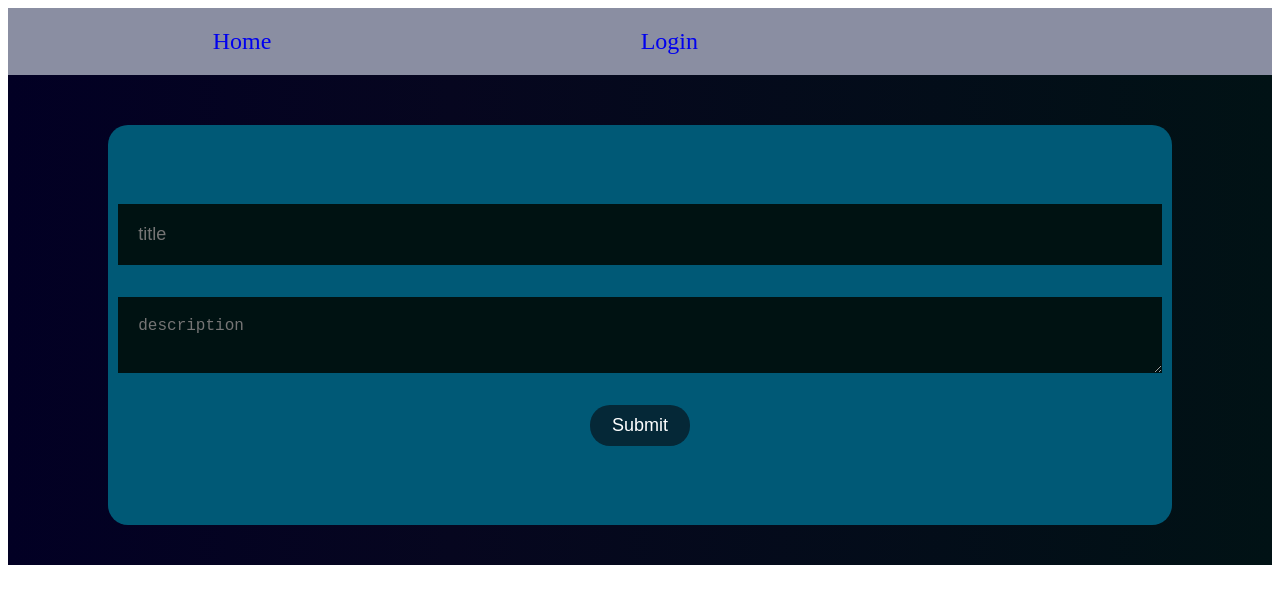
Repository: albinsabu2023/postapp
Page: /createpost
These files come from the project's save history. The page is drawn as it stood at one moment and after the next save; the edit follows.
The browser window is 1280 px wide. The pictures show the whole page.
The project was rebuilt for these pictures with package versions that can differ from the ones it lists, and the page was loaded fresh each time. Also part of the build but not shown: src/Components/main/PostCard.css, src/Components/main/PostCard.tsx, src/Components/main/Home.css, src/Components/main/Home.tsx, src/Components/Login.tsx.

Above is the page before, as saved 2024-02-06 02:53:26.

### src/App.tsx
import  {BrowserRouter as Router,Routes,Route} from "react-router-dom"
import './App.css';
import Home from "./Components/main/Home";
import Login from "./Components/Login";
import Navbar from "./Components/Navbar";
import CreatePosts from "./create-post/CreatePosts";


function App() {
  return (
    <div className="App">
      <Router>
         <Navbar/>
        <Routes>
          <Route path ="/" element={<Home/>}/>
          <Route path="/login" element={<Login/>}/>
          <Route path="/createpost" element={<CreatePosts/>}/>
        </Routes>
      </Router>
    </div>
  );
}

export default App;

### src/App.css
.App{
  background: linear-gradient(90deg, rgba(2, 0, 36, 1) 0%, rgb(6, 6, 31) 35%, rgb(1, 18, 21) 100%);


}

### src/Components/Navbar.tsx

import { Link } from 'react-router-dom'
import  "./Navbar.css"
import {auth } from  "../config/firebase"
import { useAuthState } from 'react-firebase-hooks/auth'
import { signOut } from 'firebase/auth'
function Navbar() {
    const  [user] =useAuthState(auth);
    const signUserOut =async ()=>{
        await signOut(auth);
    }
  return (
    <div className="navContainer">
        <Link to ="/">Home</Link>

        {
            !user ?
            <Link to ="Login">Login</Link> :
            <Link to ="/createpost">CreatePost</Link>
        }
        <div>
            {user&&
            <>
            <p>{user?.displayName}</p>
            <img src={user?.photoURL|| "" } alt="" width="30" height="30"
            />
            <button onClick={signUserOut}>Logout</button>
            </>
            }
        </div>


    </div>
  )
}

export default Navbar

### src/create-post/CreatePosts.tsx
import React from 'react'
import CreateForm from './CreateForm'
import "./CreatePost.css"
function CreatePosts() {



  return (
    <div  className="formContainer">
        <CreateForm />

    </div>
  )
}

export default CreatePosts

### src/config/firebase.ts
// Import the functions you need from the SDKs you need
import { initializeApp } from "firebase/app";
import {getAuth,GoogleAuthProvider} from "firebase/auth"
// Your web app's Firebase configuration
import {getFirestore} from "firebase/firestore"
const firebaseConfig = {
  apiKey: "AIzaSyAXzQPkCsYKttYouVkFv4r2aLbj-85i5zE",
  authDomain: "react-course-dd6fc.firebaseapp.com",
  projectId: "react-course-dd6fc",
  storageBucket: "react-course-dd6fc.appspot.com",
  messagingSenderId: "692642929267",
  appId: "1:692642929267:web:22ba5d27ba69920755e806"
};
// Initialize Firebase
const app = initializeApp(firebaseConfig);
export const auth=getAuth(app);
export const provider = new GoogleAuthProvider();
export const db =getFirestore(app)

### src/Components/Navbar.css
.navContainer{
    display: flex;
    align-items: center;
    justify-content: space-around;
    background-color: rgb(138, 142, 162);
    padding: 20px;



}
.navContainer :link{
    text-decoration:none;
    text-decoration-color: rgb(128, 127, 127);
    font-size: x-large;

}

### src/create-post/CreateForm.tsx
import React from 'react'
import "./CreateForm.css"
import  {useForm} from "react-hook-form"
import * as yup from "yup"
import {yupResolver} from "@hookform/resolvers/yup"
import {auth,db} from "../config/firebase"
import { useAuthState } from 'react-firebase-hooks/auth'
import { addDoc,collection } from 'firebase/firestore'
import { useNavigate } from 'react-router-dom'
interface CreateFormData {
  title:string,
  description:string,

}
function CreateForm() {
  const navigate =useNavigate();
  const [user]=useAuthState(auth);
  const schema =yup.object().shape({
    title:yup.string().required("hei enter title"),
    description:yup.string().required("enter the description"),


  })
  const postRef =collection (db,"posts");

  const  {register,handleSubmit,formState:{errors}}=useForm<CreateFormData>({
     resolver :yupResolver(schema),
  })
  const createpost =async (data:CreateFormData)=>{
    await addDoc(postRef,{
      title:data.title,
      description:data.description,
      username :user?.displayName,
      userId:user?.uid
    })
    navigate("/");

  }
  return (
    <form onSubmit ={handleSubmit(createpost)}>
      <input placeholder='title' {...register("title")}/>
      <p className="warning">{errors.title?.message}</p>
      <textarea placeholder='description' maxLength={400} {...register("description")}/>
      <p className='warning'>{errors.description?.message}</p>
      <input  className='submitButton' type="submit" />

    </form>
  )
}

export default CreateForm

### src/create-post/CreatePost.css
.formContainer{
    display: flex;
    flex-direction: column;
    align-items: center;
    justify-content: center;
    padding: 20px;
    margin: 10px;

}

### src/create-post/CreateForm.css
form{
    display: flex;
    flex-direction:column;
    padding: 20px;
    background-color: rgb(0, 89, 118);
    align-items: center;
    justify-content: center;
    margin: 20px;
    border-radius: 20px;
    width: 80vw;
    height: 50vh;
}
form input,textarea{
    background-color: rgb(0, 18, 18);
    padding: 20px;

    width: 98%;
    color: white;
    font-size: large;
    border: none;

}

form input,textarea:focus {
    outline:none
}
.submitButton{
    background-color:rgb(5, 40, 55);
    border-radius: 20px;
    width: 100px;
    cursor: pointer;
    padding: 10px;


}
.submitButton:hover {
    background-color: rgb(1, 4, 6);
    border-radius: 20px;
    width: 100px;
    cursor: pointer;


}

Loaded but not shown: public/index.html (common file); src/index.tsx (common file)

After the next save:
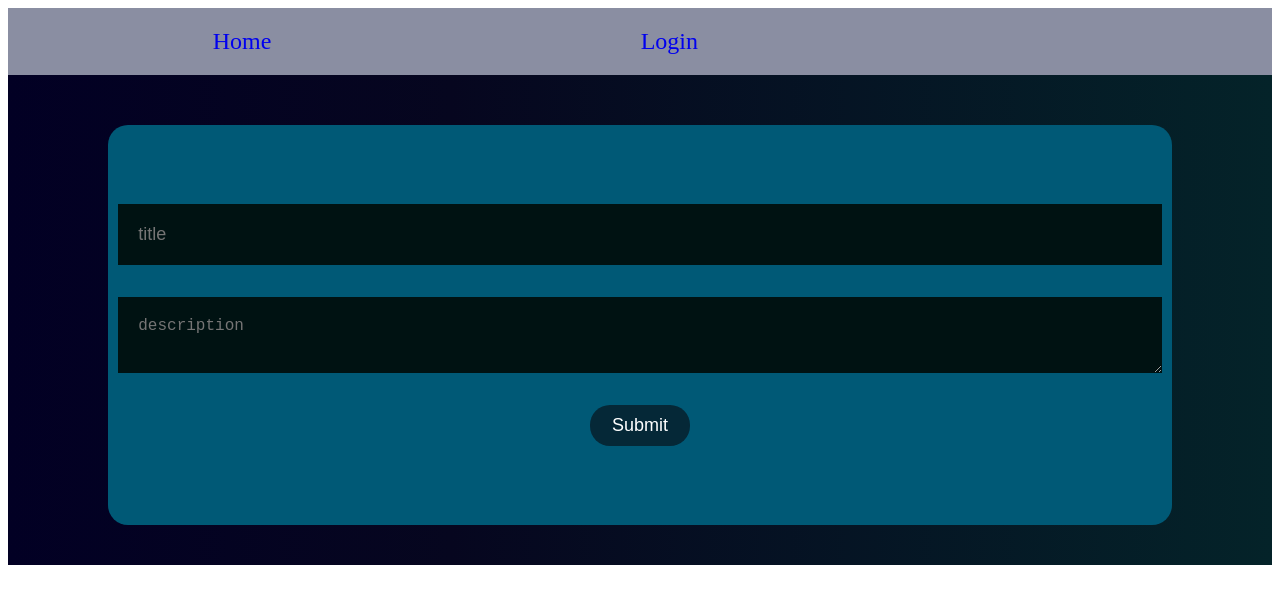
Saved 5 s later.
--- a/src/App.css
+++ b/src/App.css
@@ -1,5 +1,5 @@
 .App{
-  background: linear-gradient(90deg, rgba(2, 0, 36, 1) 0%, rgb(6, 6, 31) 35%, rgb(1, 18, 21) 100%);
+  background: linear-gradient(90deg, rgba(2, 0, 36, 1) 0%, rgb(6, 6, 31) 35%, rgb(4, 35, 41) 100%);
 
 
 }
